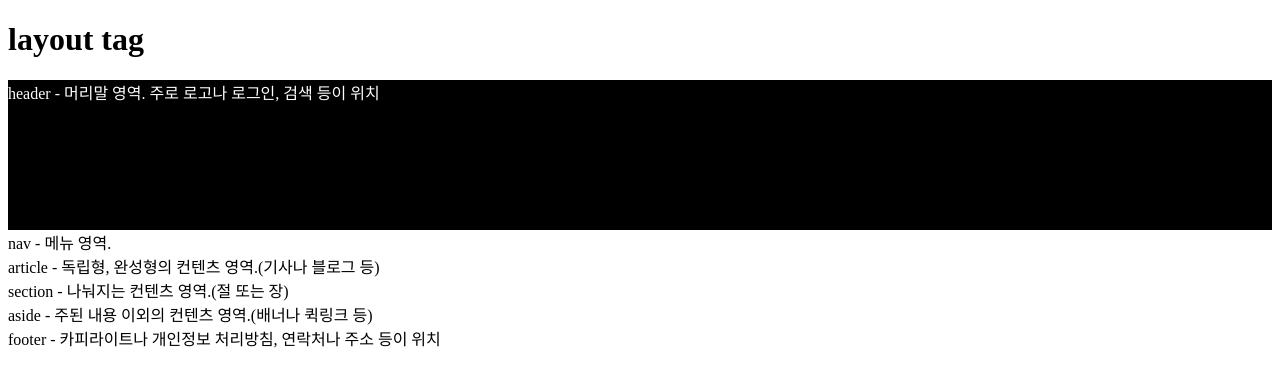
Repository: Git-Seokcoding/WEB
Page: CSS3/src/main/webapp/layout.html
An editor plug-in stored every save of this project. The page is shown before and after a run of saves, followed by the edit.
The browser window is 1280 px wide. The pictures show the whole page.

Above is the page before, as saved 2023-10-12 07:12:21.

After the next 2 saves:
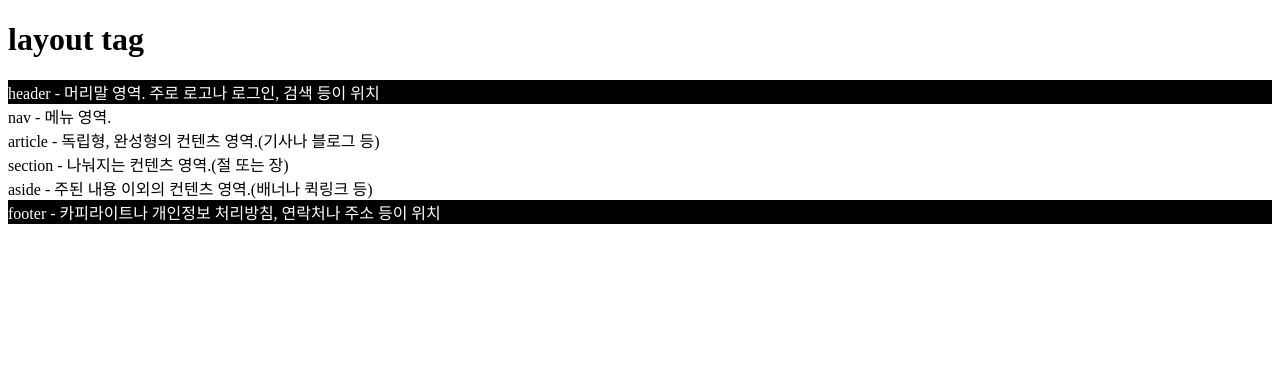
The 2 saves are shown as one change because they came seconds apart.
The last was saved 64 s later.
--- a/CSS3/src/main/webapp/layout.html
+++ b/CSS3/src/main/webapp/layout.html
@@ -6,7 +6,7 @@
 </head>
 <body>
 	<h1>layout tag</h1>
-	<header style="background-color: #000;color: #fff;height:150px;">
+	<header style="background-color: #000;color: #fff; heigh:150px;">
 	header - 머리말 영역. 주로 로고나 로그인, 검색 등이 위치
 	</header>
 	<nav>
@@ -21,9 +21,8 @@
 	<aside>
 	aside - 주된 내용 이외의 컨텐츠 영역.(배너나 퀵링크 등)
 	</aside>
-	<footer>
+	<footer style="background-color: #000;color: #fff; heigh:150px;">
 	footer - 카피라이트나 개인정보 처리방침, 연락처나 주소 등이 위치
-	</header style="background-color: #000;color: #fff;height:150px;">
 	</footer>
 
 
